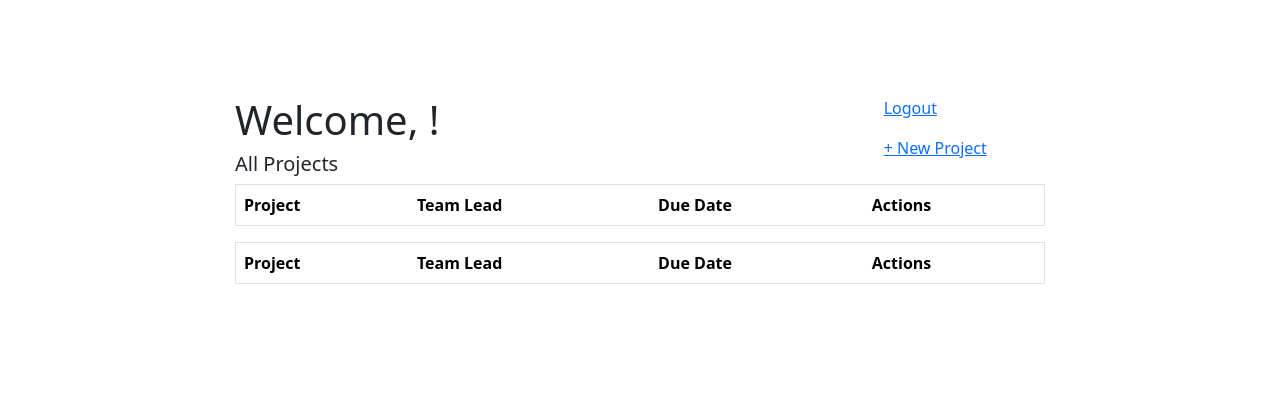
Repository: ShathaMorales/Java-Stack
Page: http://localhost/LoginRegistration/WEB-INF/dashboard.jsp
These files come from the project's save history. The page is drawn as it stood at one moment and after the next save; the edit follows.
The browser window is 1280 px wide. The pictures show the whole page.
The page is served by Tomcat 10. Nobody is signed in. The template is opened directly, without the code that normally fills it, so the values that code supplies are empty.

Above is the page before, as saved 2023-05-15 01:19:42.

After the next save:
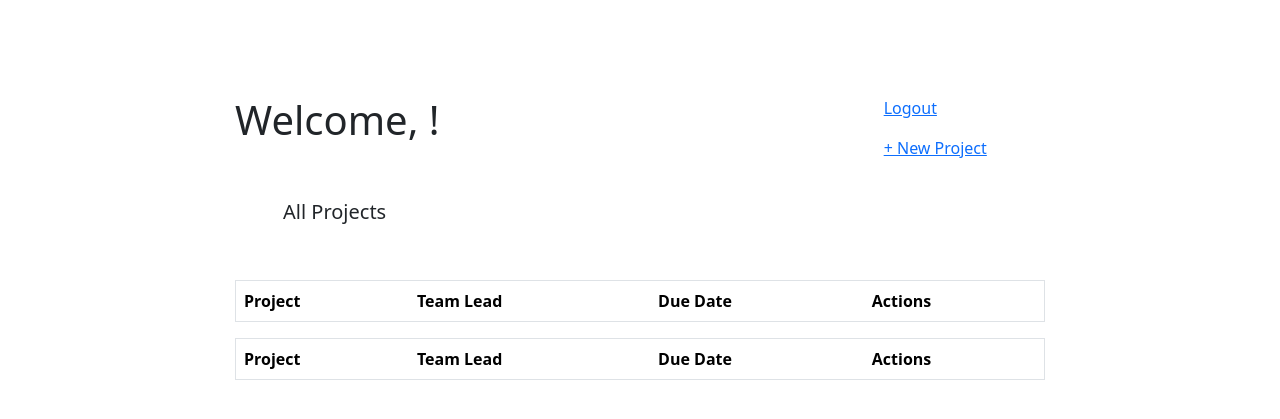
Saved 72 s later.
--- a/_java/FullSpring/ProjectManager/LoginRegistration/src/main/webapp/WEB-INF/dashboard.jsp
+++ b/_java/FullSpring/ProjectManager/LoginRegistration/src/main/webapp/WEB-INF/dashboard.jsp
@@ -16,7 +16,7 @@
         <div class = "row justify-content-center">
             <div class = "col-7 ">
                 <h1>Welcome, <c:out value="${userName}"></c:out>!</h1>
-                <h5>All Projects</h5>
+                <h5 class="p-5">All Projects</h5>
             </div>
             <div class = "col-2 ">
                 <p><a href="/logout">Logout</a></p>
